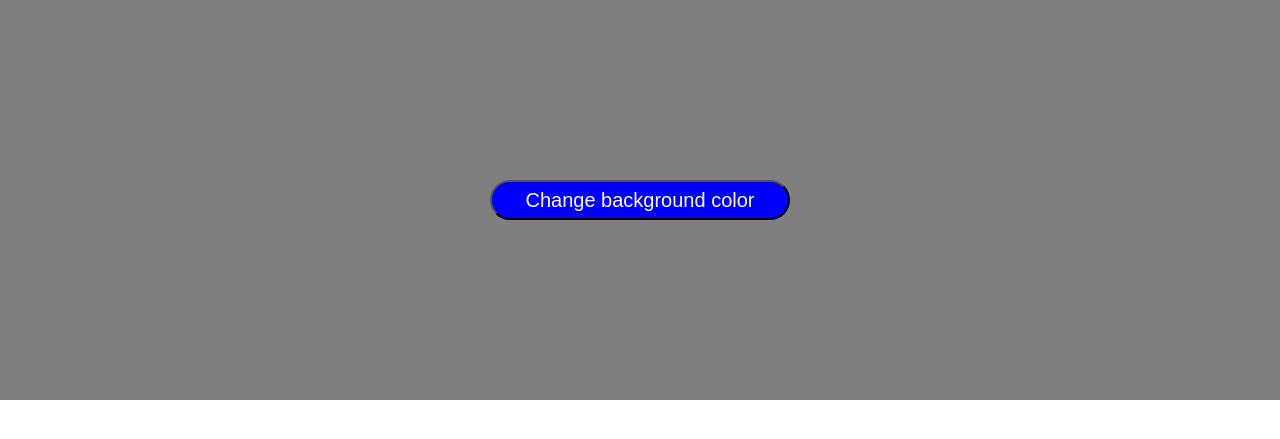
Repository: zRush1202/LoginPage-demo
Page: dom/index1.html
The author's editor kept a copy of each file at every save. The page is drawn from the files as they stood at one save, then again after the next save.
The browser window is 1280 px wide. The pictures show the whole page.
After loading, the first visible `button.button` was clicked once.

Above is the page before, as saved 2023-09-16 20:08:24.

After the next save:
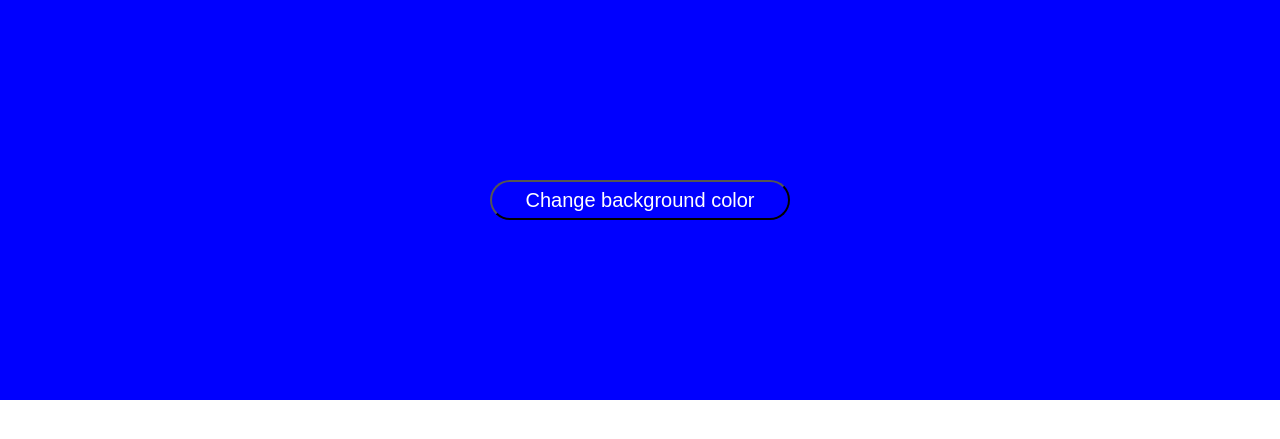
Saved 25 s later.
--- a/dom/change_background_color.js
+++ b/dom/change_background_color.js
@@ -3,7 +3,7 @@ function change_color(){
     const arrcolor = ["red", "green", "blue", "white", "black"];
     col = Math.floor(Math.random()* arrcolor.length);
     console.log(col);
-    bgc.style.backgroundColor = col;
+    bgc.style.backgroundColor = arrcolor[col];
 }
 
 
